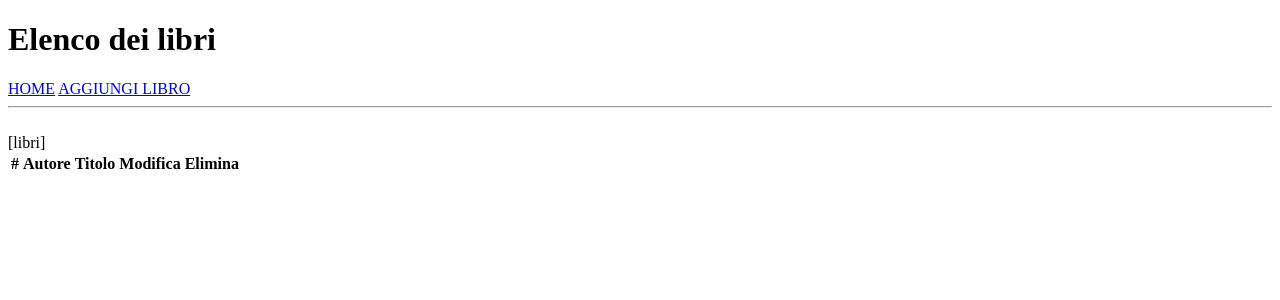
Repository: foferys/DynamicWebProject_DAOLibri_Mappe
Page: DynamicWebProject_DAOLibri_Mappe/WebContent/viste/elencolibri.html
The author's editor kept a copy of each file at every save. The page is drawn from the files as they stood at one save, then again after the next save.
The browser window is 1280 px wide. The pictures show the whole page.

Above is the page before, as saved 2024-06-25 09:33:03.

After the next save:
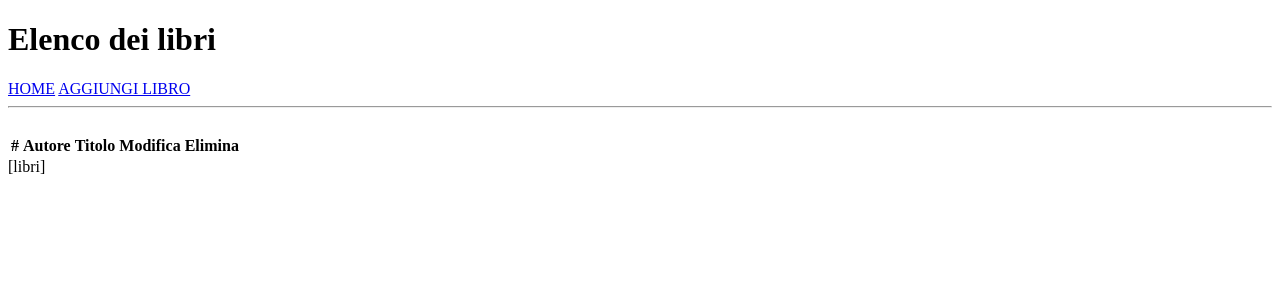
Saved 20 s later.
--- a/DynamicWebProject_DAOLibri_Mappe/WebContent/viste/elencolibri.html
+++ b/DynamicWebProject_DAOLibri_Mappe/WebContent/viste/elencolibri.html
@@ -20,6 +20,9 @@
 		    </tr>
 		  </thead>
 
-		[libri]
+		  </tbody>
+		</table>
+
+			[libri]
 	</body>
 </html>

After the save that followed:
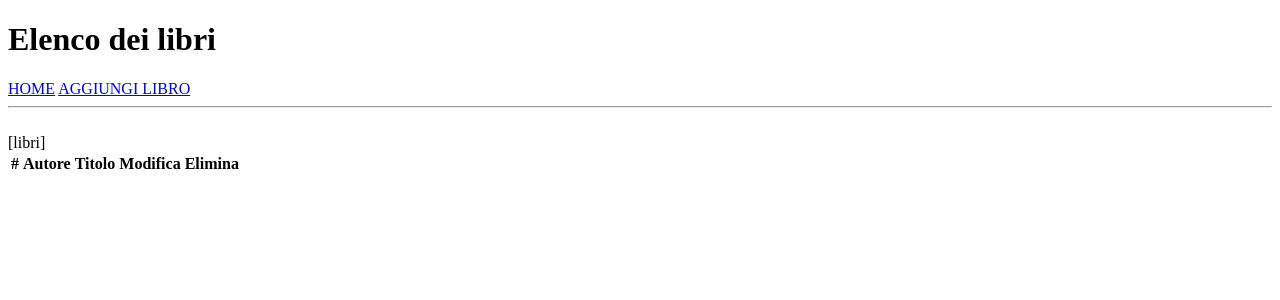
Saved 20 s later.
--- a/DynamicWebProject_DAOLibri_Mappe/WebContent/viste/elencolibri.html
+++ b/DynamicWebProject_DAOLibri_Mappe/WebContent/viste/elencolibri.html
@@ -19,10 +19,11 @@
                <th scope="col">Elimina</th>
 		    </tr>
 		  </thead>
+		  <tbody>
 
+			[libri]
 		  </tbody>
 		</table>
 
-			[libri]
 	</body>
 </html>
